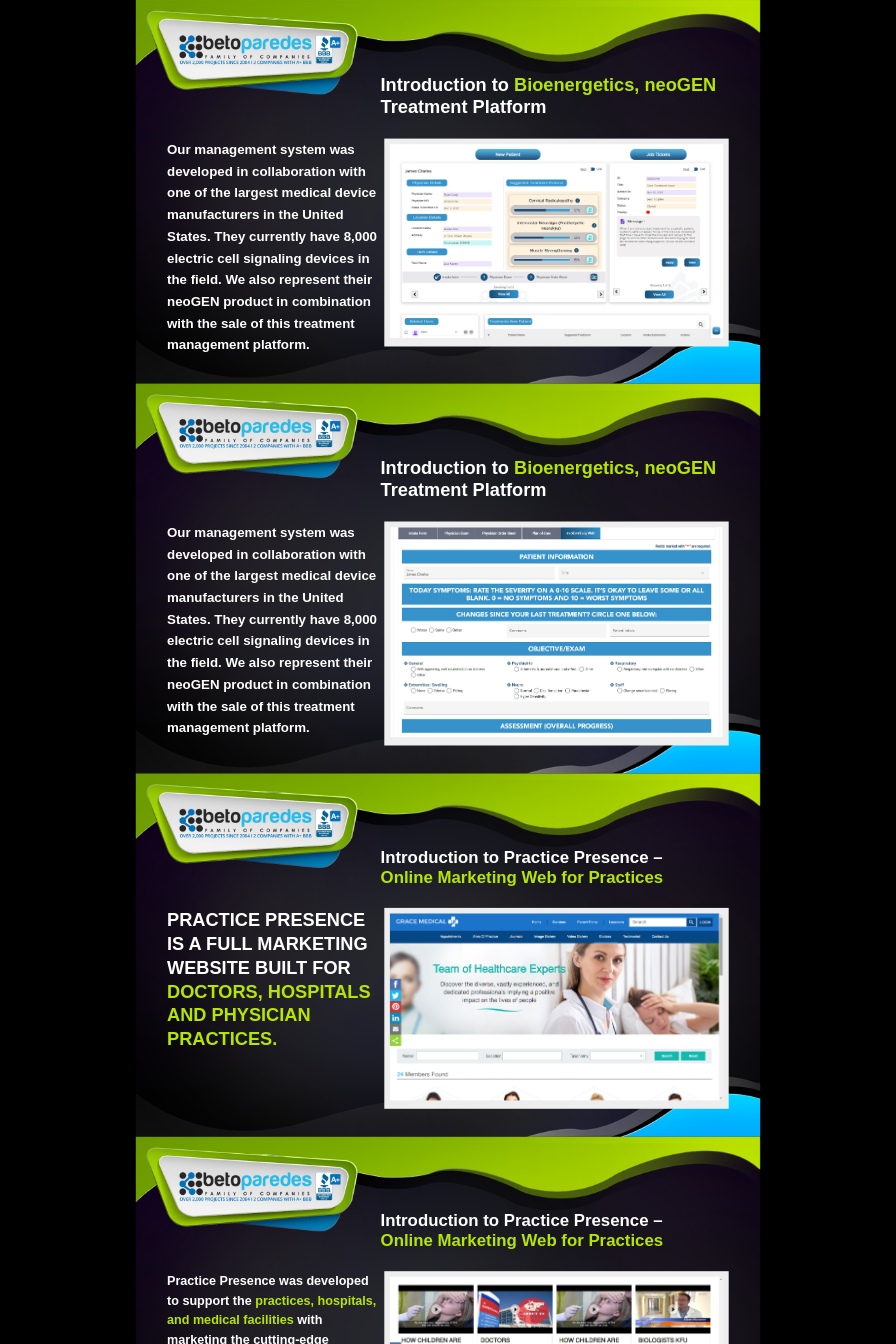
Repository: koushikbiswas/Beto_Paredes_Family_Opportunities_Intro_Deck
Page: slide29.html
These files come from the project's save history. The page is drawn as it stood at one moment and after the next save; the edit follows.
The browser window is 1280 px wide. The pictures show the part of the page from y = 0 to 1920 px (the page is 3719 px tall before and 3781 px after), at 70% of full size.

Above is the page before, as saved 2021-12-21 18:26:09.

After the next save:
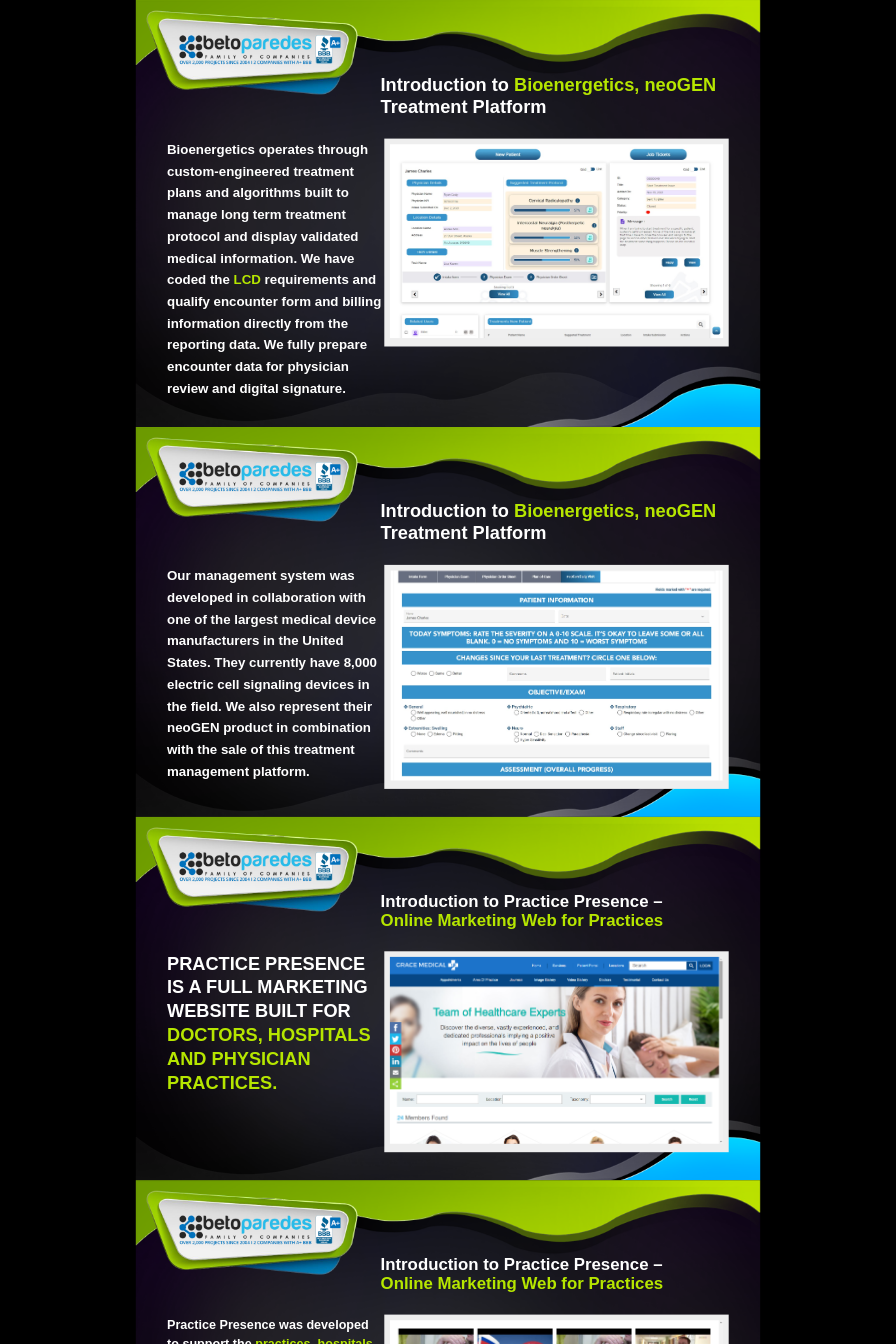
Saved 94 s later.
--- a/slide29.html
+++ b/slide29.html
@@ -23,7 +23,7 @@
                     <p>Introduction to <span>Bioenergetics, neoGEN</span><br>Treatment Platform</p>
                     <div class="pdfmaincontentinnerbottom">
                         <div class="pdfmaincontentinnerbottominner">
-                            <p>Our management system was <br>developed in collaboration with <br>one of the largest medical device <br>manufacturers in the United <br>States. They currently have 8,000 <br>electric cell signaling devices in <br>the field. We also represent their <br>neoGEN product in combination <br>with the sale of this treatment <br>management platform.</p>
+                            <p>Bioenergetics operates through <br>custom-engineered treatment <br>plans and algorithms built to <br>manage long term treatment <br>protocol and display validated <br>medical information. We have <br>coded the <span>LCD</span> requirements and <br>qualify encounter form and billing <br>information directly from the <br>reporting data. We fully prepare <br>encounter data for physician <br>review and digital signature.</p>
                         </div>
                         <div class="pdfmainimgwrapper">
                             <img src="assets/images/slide23-screenimg.jpg" alt="slide23 screenimg">
